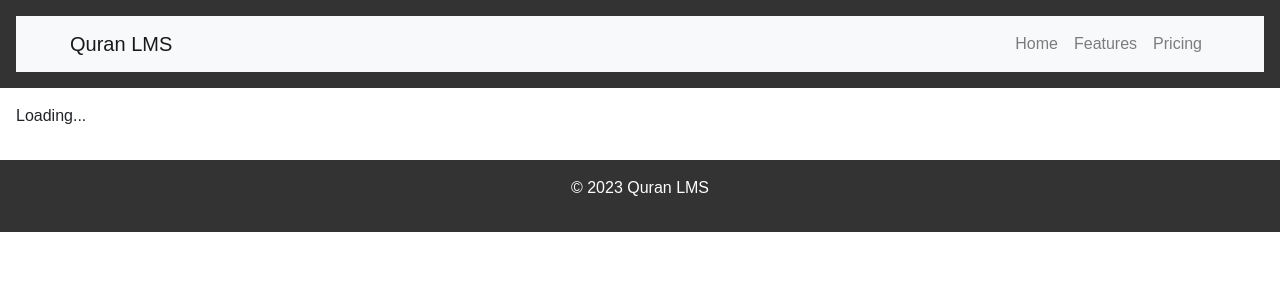
Repository: talha-mahmood/Quran-Lms-react
Page: /
These files come from the project's save history. The page is drawn as it stood at one moment and after the next save; the edit follows.
The browser window is 1280 px wide. The pictures show the whole page.
The page's requests for data from a server got no answer. The project was rebuilt for these pictures with package versions that can differ from the ones it lists, and the page was loaded fresh each time. No one was signed in, and anything a server would have sent is missing.

Above is the page before, as saved 2023-03-08 01:02:43.

After the next save:
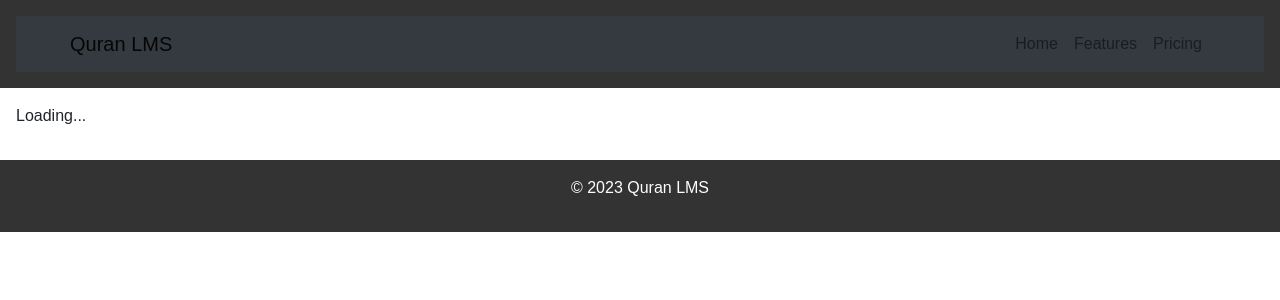
Saved 18 s later.
--- a/src/App.js
+++ b/src/App.js
@@ -26,7 +26,7 @@ class QuranLMS extends Component {
 
           <div>
             <header>
-          <Navbar bg="light" variant="light">
+          <Navbar bg="dark" variant="light">
         <Container>
           <Navbar.Brand href="#home" >Quran LMS</Navbar.Brand>
           <Nav className="me-auto">
